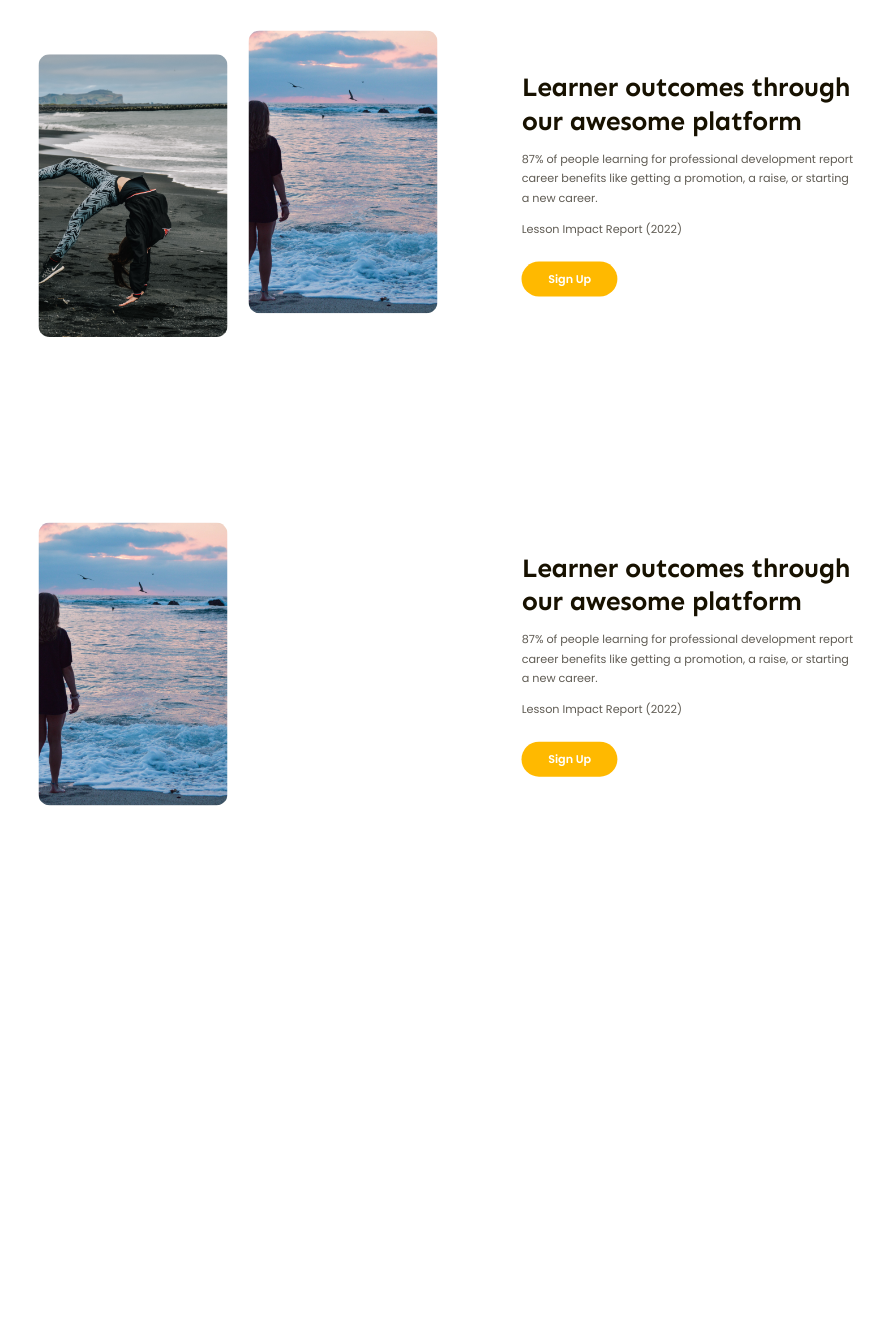
Repository: ynguyen1512/htmlcss-project-02
Page: index.html
An editor plug-in stored every save of this project. The page is shown before and after the next save, followed by the edit.
The browser window is 1280 px wide. The pictures show the part of the page from y = 2481 to 4401 px (the page is 5000 px tall), at 70% of full size.
A picture or video elsewhere on the page could not be fetched, so the positions and the page height are approximate.

Above is the page before, as saved 2023-03-08 23:34:07.

After the next save:
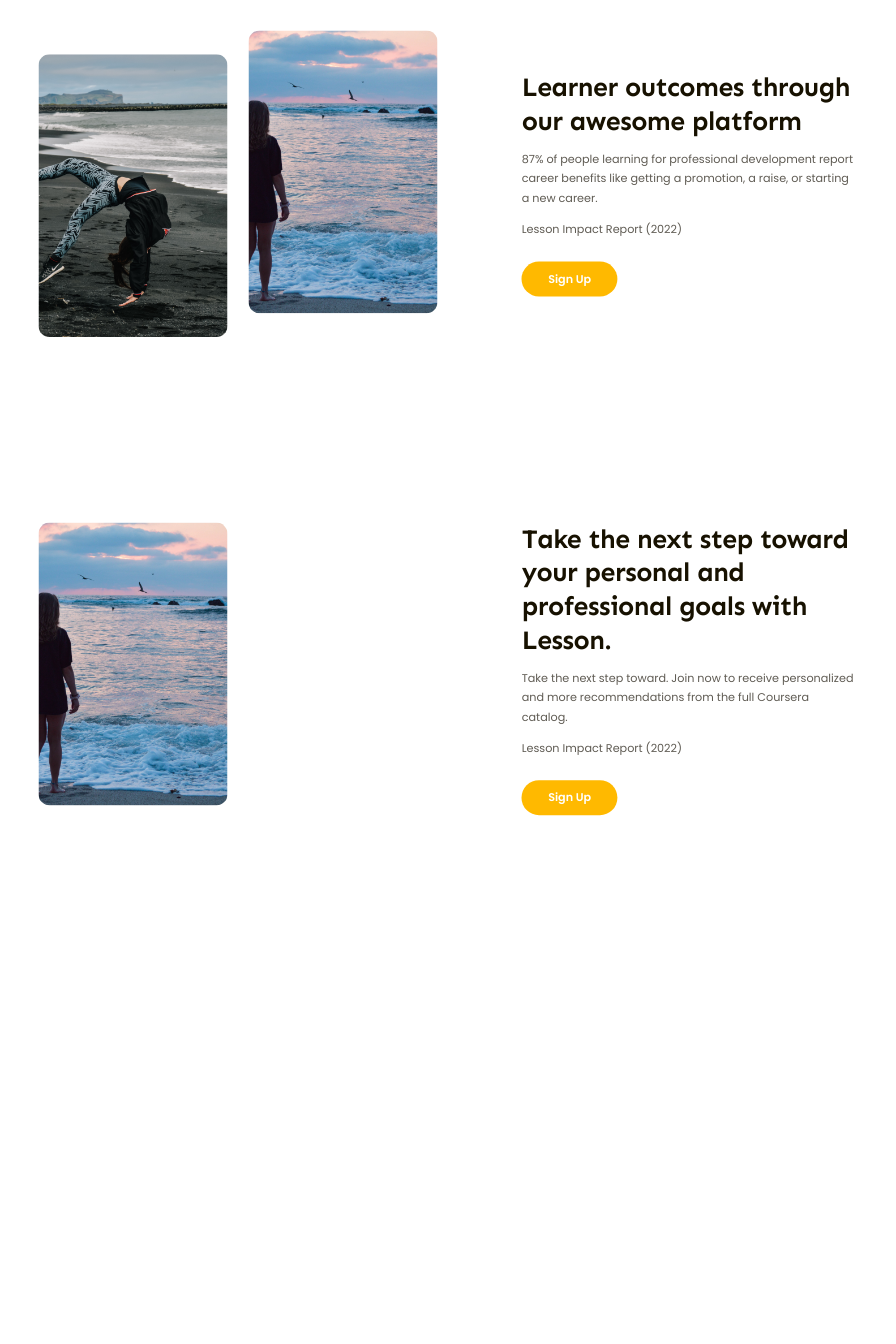
Saved 32 s later.
--- a/index.html
+++ b/index.html
@@ -388,10 +388,10 @@
                     </div>
                     <div class="content">
                         <h2 class="heading lv2">
-                            Learner outcomes through our awesome platform
+                            Take the next step toward your personal and professional goals with Lesson.
                         </h2>
                         <p class="desc">
-                            87% of people learning for professional development report career benefits like getting a promotion, a raise, or starting a new career.
+                            Take the next step toward. Join now to receive personalized  and more recommendations from the full Coursera catalog.
                         </p>
                         <p class="desc">Lesson Impact Report (2022)</p>
                         <a href="#!" class="btn cta-btn">Sign Up</a>
